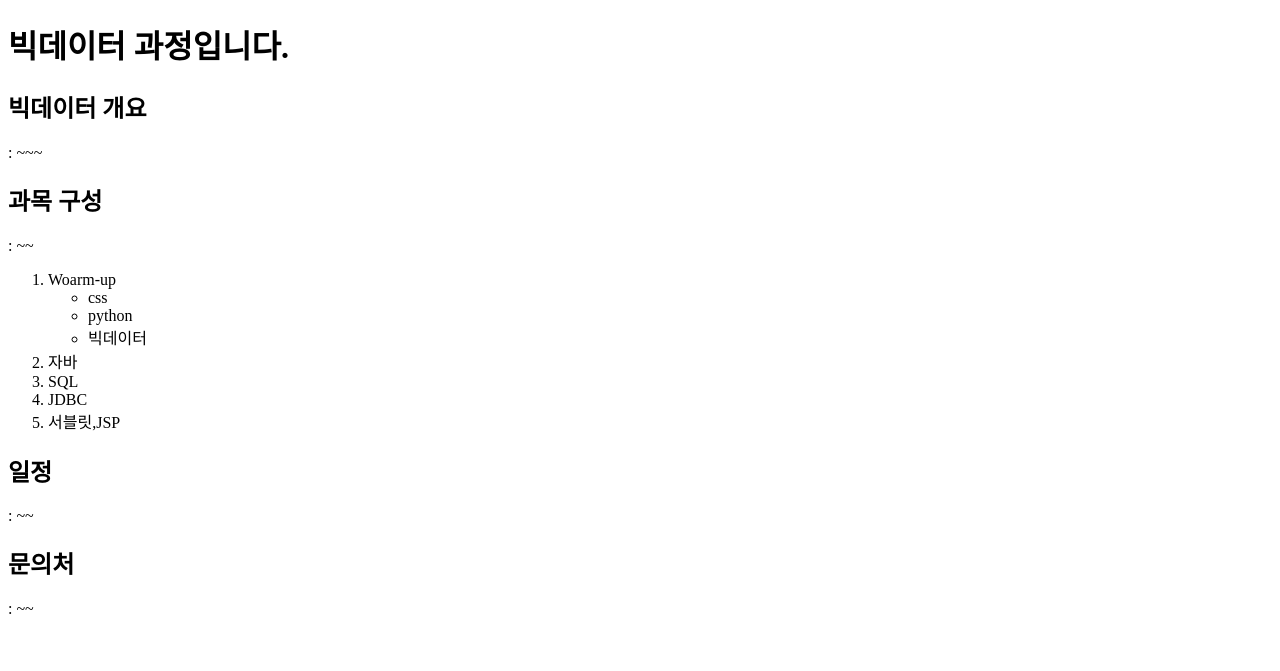
Repository: ybshim90/sesac1
Page: day_20211216_03_hello/src/main/webapp/hello.html
The author's editor kept a copy of each file at every save. The page is drawn from the files as they stood at one save, then again after the next save.
The browser window is 1280 px wide. The pictures show the whole page.

Above is the page before, as saved 2021-12-16 07:45:35.

### day_20211216_03_hello/src/main/webapp/hello.html
<!DOCTYPE html>
<html>
	<head>
		<meta charset="UTF-8">
		<title>빅데이터 과정 소개</title>
	</head>
	<body>
		<h1>빅데이터 과정입니다.</h1>
		<h2>빅데이터 개요</h2> : ~~~
		<h2>과목 구성</h2> : ~~
		<ol>
			<li>Woarm-up</li>
				<ul>
					<li>css</li>
					<li>python</li>
					<li>빅데이터</li>
				</ul>
			<li>자바</li>
			<li>SQL</li>
			<li>JDBC</li>
			<li>서블릿,JSP</li>
		</ol>

		<h2>일정</h2> : ~~<br>
		<h2>문의처</h2> : ~~

	</body>
</html>

After the next save:
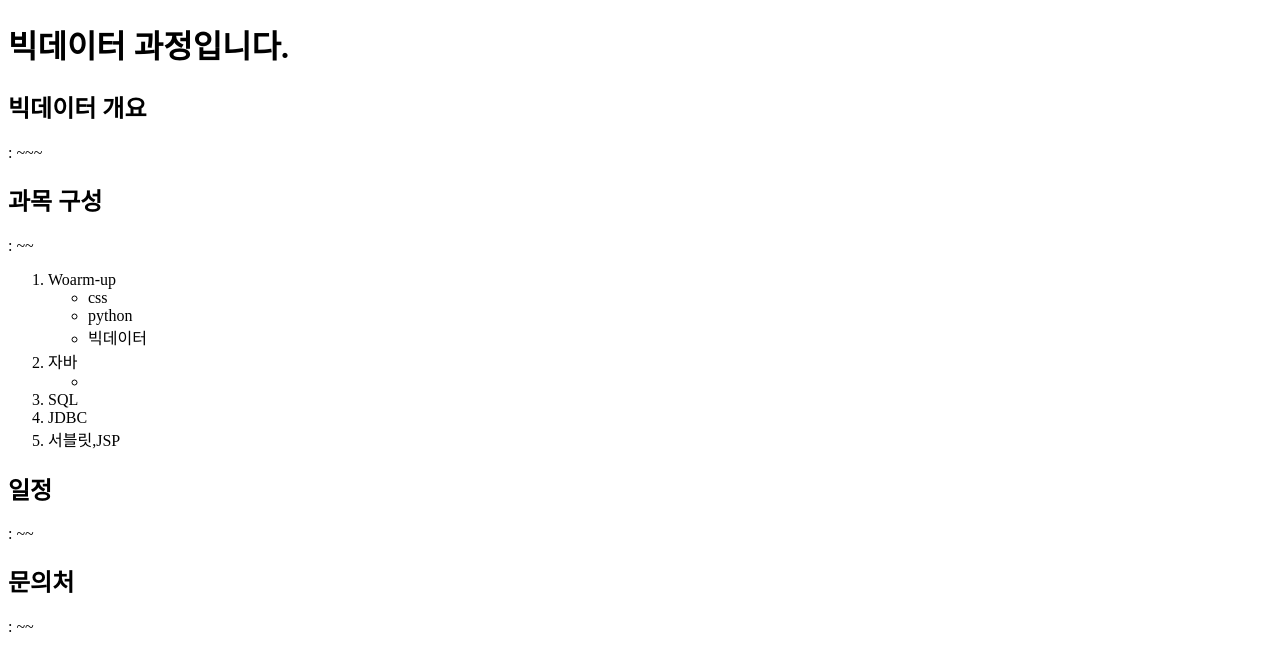
Saved 80 s later.
--- a/day_20211216_03_hello/src/main/webapp/hello.html
+++ b/day_20211216_03_hello/src/main/webapp/hello.html
@@ -16,6 +16,9 @@
 					<li>빅데이터</li>
 				</ul>
 			<li>자바</li>
+				<ul>
+					<li></li>
+				</ul>
 			<li>SQL</li>
 			<li>JDBC</li>
 			<li>서블릿,JSP</li>
